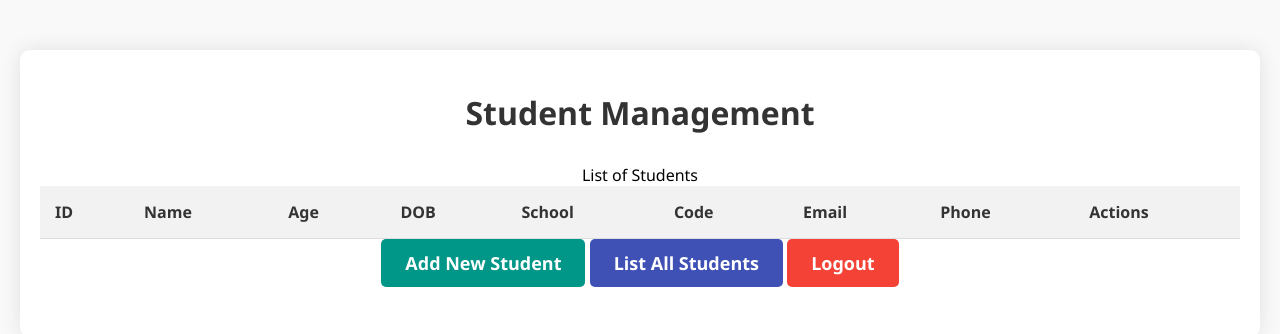
Repository: ineza2/workspace3
Page: http://localhost/studentRegistration/WEB-INF/index.jsp
The author's editor kept a copy of each file at every save. The page is drawn from the files as they stood at one save, then again after the next save.
The browser window is 1280 px wide. The pictures show the whole page.
The page is served by Tomcat 10. Nobody is signed in. The template is opened directly, without the code that normally fills it, so the values that code supplies are empty.

Above is the page before, as saved 2024-02-23 07:04:56.

After the next save:
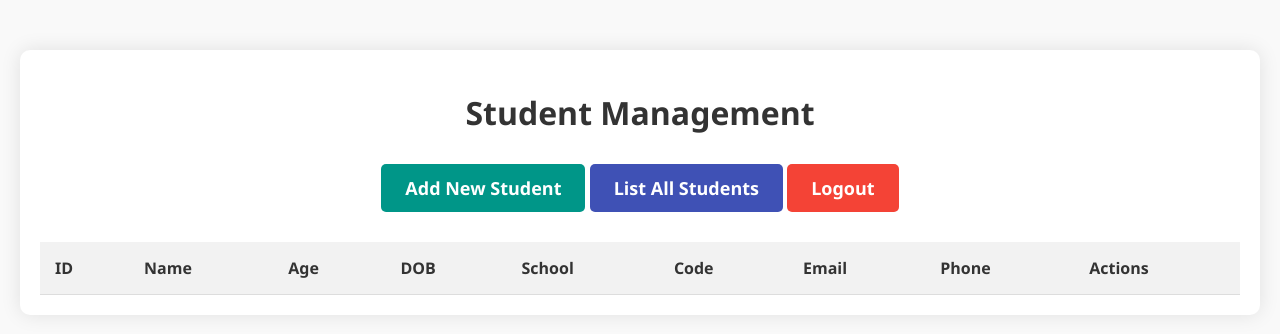
Saved 90 s later.
--- a/studentRegistration/src/main/webapp/WEB-INF/index.jsp
+++ b/studentRegistration/src/main/webapp/WEB-INF/index.jsp
@@ -104,8 +104,13 @@
 
     <h1>Student Management</h1>
 
+    <div class="btn-container">
+        <a href="new" class="btn btn-green">Add New Student</a>
+        <a href="list" class="btn btn-blue">List All Students</a>
+        <a href="logout" class="btn btn-red">Logout</a>
+    </div>
+
     <table>
-        <caption class="text-lg font-bold mb-4">List of Students</caption>
         <thead>
             <tr>
                 <th>ID</th>
@@ -138,11 +143,6 @@
             </c:forEach>
         </tbody>
     </table>
-    <div class="btn-container">
-        <a href="new" class="btn btn-green">Add New Student</a>
-        <a href="list" class="btn btn-blue">List All Students</a>
-        <a href="logout" class="btn btn-red">Logout</a>
-    </div>
 
 </div>
 
